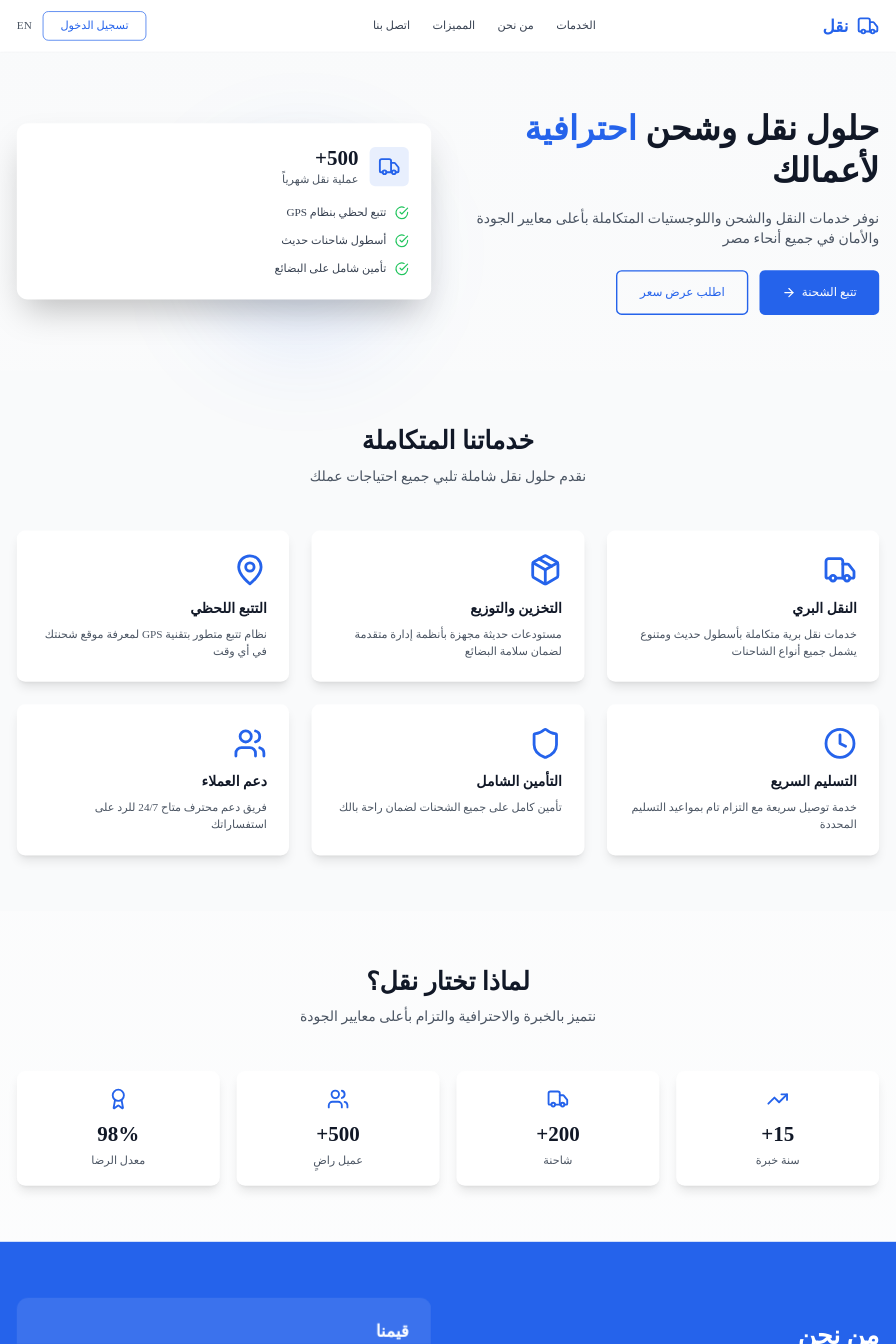
Repository: Jetixia-Updates/nakl-logistics
Page: / (app in apps/frontend/)
An editor plug-in stored every save of this project. The page is shown before and after the next save, followed by the edit.
The browser window is 1280 px wide. The pictures show the part of the page from y = 0 to 1920 px (the page is 3604 px tall before and 3603 px after), at 70% of full size.
The project was rebuilt for these pictures with package versions that can differ from the ones it lists, and the page was loaded fresh each time. The framework's server and built-in components were replaced by stand-ins that run in the browser. Also part of the build but not shown: apps/frontend/next.config.js.

Above is the page before, as saved 2025-11-08 22:22:06.

### apps/frontend/src/app/layout.tsx
import type { Metadata } from 'next';
import { Cairo, Inter } from 'next/font/google';
import '../styles/globals.css';
import { LanguageProvider } from '../contexts/LanguageContext';

const cairo = Cairo({
  subsets: ['arabic', 'latin'],
  variable: '--font-arabic',
  display: 'swap',
});

const inter = Inter({
  subsets: ['latin'],
  variable: '--font-inter',
  display: 'swap',
});

export const metadata: Metadata = {
  title: 'Nakl Logistics - شركة نقل للنقل والخدمات اللوجستية',
  description:
    'Professional logistics and transport services in Egypt - خدمات نقل وشحن احترافية في مصر',
  keywords: 'logistics, transport, shipping, Egypt, نقل, شحن, لوجستيات, مصر',
};

export default function RootLayout({ children }: { children: React.ReactNode }) {
  return (
    <html lang="ar" dir="rtl">
      <body className={`${cairo.variable} ${inter.variable}`}>
        <LanguageProvider>
          {children}
        </LanguageProvider>
      </body>
    </html>
  );
}

### apps/frontend/src/app/page.tsx
'use client';

import Link from 'next/link';
import {
  Truck,
  Package,
  MapPin,
  Clock,
  Shield,
  Users,
  TrendingUp,
  Award,
  Phone,
  Mail,
  MapPinned,
  ArrowRight,
  CheckCircle
} from 'lucide-react';
import { useLanguage } from '../contexts/LanguageContext';
import Header from '../components/Header';
import { useEffect } from 'react';

export default function Home() {
  const { language, t } = useLanguage();

  useEffect(() => {
    // Update document direction and language
    document.documentElement.lang = language;
    document.documentElement.dir = language === 'ar' ? 'rtl' : 'ltr';
  }, [language]);
  return (
    <div className="min-h-screen bg-gradient-to-b from-gray-50 to-white">
      {/* Header */}
      <header className="bg-white shadow-sm sticky top-0 z-50">
        <nav className="container mx-auto px-6 py-4">
          <div className="flex justify-between items-center">
            <div className="flex items-center gap-3">
              <Truck className="h-8 w-8 text-primary" />
              <span className="text-2xl font-bold text-primary">نقل</span>
            </div>

            <div className="hidden md:flex gap-8">
              <a href="#services" className="text-gray-700 hover:text-primary transition">الخدمات</a>
              <a href="#about" className="text-gray-700 hover:text-primary transition">من نحن</a>
              <a href="#features" className="text-gray-700 hover:text-primary transition">المميزات</a>
              <a href="#contact" className="text-gray-700 hover:text-primary transition">اتصل بنا</a>
            </div>

            <div className="flex gap-4">
              <Link
                href="/login"
                className="px-6 py-2 text-primary border border-primary rounded-lg hover:bg-primary hover:text-white transition"
              >
                تسجيل الدخول
              </Link>
              <button className="text-gray-600 hover:text-primary transition">
                EN
              </button>
            </div>
          </div>
        </nav>
      </header>

      {/* Hero Section */}
      <section className="container mx-auto px-6 py-20">
        <div className="grid md:grid-cols-2 gap-12 items-center">
          <div>
            <h1 className="text-5xl font-bold text-gray-900 mb-6 leading-tight">
              حلول نقل وشحن <span className="text-primary">احترافية</span> لأعمالك
            </h1>
            <p className="text-xl text-gray-600 mb-8">
              نوفر خدمات النقل والشحن واللوجستيات المتكاملة بأعلى معايير الجودة والأمان في جميع أنحاء مصر
            </p>
            <div className="flex gap-4">
              <Link
                href="/track"
                className="px-8 py-4 bg-primary text-white rounded-lg hover:bg-primary/90 transition flex items-center gap-2 text-lg font-medium"
              >
                تتبع الشحنة
                <ArrowRight className="h-5 w-5" />
              </Link>
              <a
                href="#contact"
                className="px-8 py-4 border-2 border-primary text-primary rounded-lg hover:bg-primary hover:text-white transition text-lg font-medium"
              >
                اطلب عرض سعر
              </a>
            </div>
          </div>

          <div className="relative">
            <div className="absolute top-10 right-10 w-72 h-72 bg-primary/10 rounded-full blur-3xl"></div>
            <div className="relative bg-white rounded-2xl shadow-2xl p-8">
              <div className="flex items-center gap-4 mb-6">
                <div className="p-3 bg-primary/10 rounded-lg">
                  <Truck className="h-8 w-8 text-primary" />
                </div>
                <div>
                  <div className="text-3xl font-bold text-gray-900">500+</div>
                  <div className="text-gray-600">عملية نقل شهرياً</div>
                </div>
              </div>
              <div className="space-y-4">
                <div className="flex items-center gap-3">
                  <CheckCircle className="h-5 w-5 text-green-500" />
                  <span className="text-gray-700">تتبع لحظي بنظام GPS</span>
                </div>
                <div className="flex items-center gap-3">
                  <CheckCircle className="h-5 w-5 text-green-500" />
                  <span className="text-gray-700">أسطول شاحنات حديث</span>
                </div>
                <div className="flex items-center gap-3">
                  <CheckCircle className="h-5 w-5 text-green-500" />
                  <span className="text-gray-700">تأمين شامل على البضائع</span>
                </div>
              </div>
            </div>
          </div>
        </div>
      </section>

      {/* Services Section */}
      <section id="services" className="bg-gray-50 py-20">
        <div className="container mx-auto px-6">
          <div className="text-center mb-16">
            <h2 className="text-4xl font-bold text-gray-900 mb-4">خدماتنا المتكاملة</h2>
            <p className="text-xl text-gray-600">نقدم حلول نقل شاملة تلبي جميع احتياجات عملك</p>
          </div>

          <div className="grid md:grid-cols-3 gap-8">
            <ServiceCard
              icon={<Truck className="h-12 w-12 text-primary" />}
              title="النقل البري"
              description="خدمات نقل برية متكاملة بأسطول حديث ومتنوع يشمل جميع أنواع الشاحنات"
            />
            <ServiceCard
              icon={<Package className="h-12 w-12 text-primary" />}
              title="التخزين والتوزيع"
              description="مستودعات حديثة مجهزة بأنظمة إدارة متقدمة لضمان سلامة البضائع"
            />
            <ServiceCard
              icon={<MapPin className="h-12 w-12 text-primary" />}
              title="التتبع اللحظي"
              description="نظام تتبع متطور بتقنية GPS لمعرفة موقع شحنتك في أي وقت"
            />
            <ServiceCard
              icon={<Clock className="h-12 w-12 text-primary" />}
              title="التسليم السريع"
              description="خدمة توصيل سريعة مع التزام تام بمواعيد التسليم المحددة"
            />
            <ServiceCard
              icon={<Shield className="h-12 w-12 text-primary" />}
              title="التأمين الشامل"
              description="تأمين كامل على جميع الشحنات لضمان راحة بالك"
            />
            <ServiceCard
              icon={<Users className="h-12 w-12 text-primary" />}
              title="دعم العملاء"
              description="فريق دعم محترف متاح 24/7 للرد على استفساراتك"
            />
          </div>
        </div>
      </section>

      {/* Features Section */}
      <section id="features" className="py-20">
        <div className="container mx-auto px-6">
          <div className="text-center mb-16">
            <h2 className="text-4xl font-bold text-gray-900 mb-4">لماذا تختار نقل؟</h2>
            <p className="text-xl text-gray-600">نتميز بالخبرة والاحترافية والتزام بأعلى معايير الجودة</p>
          </div>

          <div className="grid md:grid-cols-4 gap-6">
            <FeatureCard
              icon={<TrendingUp className="h-8 w-8 text-primary" />}
              number="15+"
              label="سنة خبرة"
            />
            <FeatureCard
              icon={<Truck className="h-8 w-8 text-primary" />}
              number="200+"
              label="شاحنة"
            />
            <FeatureCard
              icon={<Users className="h-8 w-8 text-primary" />}
              number="500+"
              label="عميل راضٍ"
            />
            <FeatureCard
              icon={<Award className="h-8 w-8 text-primary" />}
              number="98%"
              label="معدل الرضا"
            />
          </div>
        </div>
      </section>

      {/* About Section */}
      <section id="about" className="bg-primary text-white py-20">
        <div className="container mx-auto px-6">
          <div className="grid md:grid-cols-2 gap-12 items-center">
            <div>
              <h2 className="text-4xl font-bold mb-6">من نحن</h2>
              <p className="text-lg mb-4 opacity-90">
                شركة نقل هي إحدى الشركات الرائدة في مجال النقل والخدمات اللوجستية في مصر.
                نعمل منذ أكثر من 15 عاماً على تقديم حلول نقل متكاملة تلبي احتياجات مختلف القطاعات.
              </p>
              <p className="text-lg mb-4 opacity-90">
                نفخر بامتلاكنا أسطول حديث من الشاحنات ونظام إدارة متطور يضمن تتبع الشحنات
                لحظياً وتسليمها في الوقت المحدد بأعلى معايير الأمان.
              </p>
              <p className="text-lg opacity-90">
                رؤيتنا هي أن نكون الخيار الأول لخدمات النقل في مصر والشرق الأوسط،
                من خلال الابتكار المستمر والالتزام بأعلى معايير الجودة.
              </p>
            </div>

            <div className="bg-white/10 backdrop-blur-sm rounded-2xl p-8">
              <h3 className="text-2xl font-bold mb-6">قيمنا</h3>
              <div className="space-y-4">
                <ValueItem title="الاحترافية" description="نلتزم بأعلى معايير الاحترافية في كل ما نقوم به" />
                <ValueItem title="الأمانة" description="نحافظ على ثقة عملائنا من خلال الشفافية والنزاهة" />
                <ValueItem title="الجودة" description="نسعى دائماً لتقديم خدمات بأعلى مستوى من الجودة" />
                <ValueItem title="الابتكار" description="نستخدم أحدث التقنيات لتطوير خدماتنا" />
              </div>
            </div>
          </div>
        </div>
      </section>

      {/* Contact Section */}
      <section id="contact" className="py-20">
        <div className="container mx-auto px-6">
          <div className="text-center mb-16">
            <h2 className="text-4xl font-bold text-gray-900 mb-4">تواصل معنا</h2>
            <p className="text-xl text-gray-600">نحن هنا للإجابة على استفساراتك وخدمتك</p>
          </div>

          <div className="grid md:grid-cols-3 gap-8 mb-12">
            <ContactCard
              icon={<Phone className="h-8 w-8 text-primary" />}
              title="الهاتف"
              content="+20 2 1234 5678"
            />
            <ContactCard
              icon={<Mail className="h-8 w-8 text-primary" />}
              title="البريد الإلكتروني"
              content="info@nakl.com"
            />
            <ContactCard
              icon={<MapPinned className="h-8 w-8 text-primary" />}
              title="العنوان"
              content="القاهرة، مصر"
            />
          </div>

          <div className="max-w-2xl mx-auto bg-white rounded-2xl shadow-xl p-8">
            <form className="space-y-6">
              <div className="grid md:grid-cols-2 gap-6">
                <input
                  type="text"
                  placeholder="الاسم"
                  className="px-4 py-3 border border-gray-300 rounded-lg focus:outline-none focus:ring-2 focus:ring-primary"
                />
                <input
                  type="email"
                  placeholder="البريد الإلكتروني"
                  className="px-4 py-3 border border-gray-300 rounded-lg focus:outline-none focus:ring-2 focus:ring-primary"
                />
              </div>
              <input
                type="text"
                placeholder="الموضوع"
                className="w-full px-4 py-3 border border-gray-300 rounded-lg focus:outline-none focus:ring-2 focus:ring-primary"
              />
              <textarea
                rows={5}
                placeholder="رسالتك"
                className="w-full px-4 py-3 border border-gray-300 rounded-lg focus:outline-none focus:ring-2 focus:ring-primary"
              ></textarea>
              <button
                type="submit"
                className="w-full px-8 py-4 bg-primary text-white rounded-lg hover:bg-primary/90 transition font-medium text-lg"
              >
                إرسال الرسالة
              </button>
            </form>
          </div>
        </div>
      </section>

      {/* Footer */}
      <footer className="bg-gray-900 text-white py-12">
        <div className="container mx-auto px-6">
          <div className="grid md:grid-cols-4 gap-8 mb-8">
            <div>
              <div className="flex items-center gap-3 mb-4">
                <Truck className="h-8 w-8 text-primary" />
                <span className="text-2xl font-bold">نقل</span>
              </div>
              <p className="text-gray-400">
                حلول نقل وشحن احترافية لأعمالك
              </p>
            </div>

            <div>
              <h4 className="font-bold text-lg mb-4">خدماتنا</h4>
              <ul className="space-y-2 text-gray-400">
                <li><a href="#" className="hover:text-white transition">النقل البري</a></li>
                <li><a href="#" className="hover:text-white transition">التخزين</a></li>
                <li><a href="#" className="hover:text-white transition">التوزيع</a></li>
                <li><a href="#" className="hover:text-white transition">التتبع</a></li>
              </ul>
            </div>

            <div>
              <h4 className="font-bold text-lg mb-4">روابط سريعة</h4>
              <ul className="space-y-2 text-gray-400">
                <li><a href="#" className="hover:text-white transition">من نحن</a></li>
                <li><a href="#" className="hover:text-white transition">الخدمات</a></li>
                <li><a href="#" className="hover:text-white transition">المميزات</a></li>
                <li><a href="#" className="hover:text-white transition">اتصل بنا</a></li>
              </ul>
            </div>

            <div>
              <h4 className="font-bold text-lg mb-4">تابعنا</h4>
              <div className="flex gap-4">
                <a href="#" className="w-10 h-10 bg-gray-800 rounded-full flex items-center justify-center hover:bg-primary transition">
                  f
                </a>
                <a href="#" className="w-10 h-10 bg-gray-800 rounded-full flex items-center justify-center hover:bg-primary transition">
                  t
                </a>
                <a href="#" className="w-10 h-10 bg-gray-800 rounded-full flex items-center justify-center hover:bg-primary transition">
                  in
                </a>
              </div>
            </div>
          </div>

          <div className="border-t border-gray-800 pt-8 text-center text-gray-400">
            <p>© 2024 نقل. جميع الحقوق محفوظة.</p>
          </div>
        </div>
      </footer>
    </div>
  );
}

// Helper Components
function ServiceCard({ icon, title, description }: { icon: React.ReactNode; title: string; description: string }) {
  return (
    <div className="bg-white rounded-xl p-8 shadow-lg hover:shadow-xl transition">
      <div className="mb-4">{icon}</div>
      <h3 className="text-xl font-bold text-gray-900 mb-3">{title}</h3>
      <p className="text-gray-600">{description}</p>
    </div>
  );
}

function FeatureCard({ icon, number, label }: { icon: React.ReactNode; number: string; label: string }) {
  return (
    <div className="bg-white rounded-xl p-6 shadow-lg text-center">
      <div className="flex justify-center mb-4">{icon}</div>
      <div className="text-3xl font-bold text-gray-900 mb-2">{number}</div>
      <div className="text-gray-600">{label}</div>
    </div>
  );
}

function ValueItem({ title, description }: { title: string; description: string }) {
  return (
    <div className="flex gap-3">
      <CheckCircle className="h-6 w-6 flex-shrink-0 mt-0.5" />
      <div>
        <div className="font-semibold mb-1">{title}</div>
        <div className="text-sm opacity-80">{description}</div>
      </div>
    </div>
  );
}

function ContactCard({ icon, title, content }: { icon: React.ReactNode; title: string; content: string }) {
  return (
    <div className="bg-white rounded-xl p-6 shadow-lg text-center">
      <div className="flex justify-center mb-4">{icon}</div>
      <h3 className="font-bold text-lg text-gray-900 mb-2">{title}</h3>
      <p className="text-gray-600">{content}</p>
    </div>
  );
}

### apps/frontend/src/styles/globals.css
@tailwind base;
@tailwind components;
@tailwind utilities;

@layer base {
  :root {
    --background: 0 0% 100%;
    --foreground: 222.2 84% 4.9%;
    --card: 0 0% 100%;
    --card-foreground: 222.2 84% 4.9%;
    --popover: 0 0% 100%;
    --popover-foreground: 222.2 84% 4.9%;
    --primary: 221.2 83.2% 53.3%;
    --primary-foreground: 210 40% 98%;
    --secondary: 210 40% 96.1%;
    --secondary-foreground: 222.2 47.4% 11.2%;
    --muted: 210 40% 96.1%;
    --muted-foreground: 215.4 16.3% 46.9%;
    --accent: 210 40% 96.1%;
    --accent-foreground: 222.2 47.4% 11.2%;
    --destructive: 0 84.2% 60.2%;
    --destructive-foreground: 210 40% 98%;
    --border: 214.3 31.8% 91.4%;
    --input: 214.3 31.8% 91.4%;
    --ring: 221.2 83.2% 53.3%;
    --radius: 0.5rem;
  }

  .dark {
    --background: 222.2 84% 4.9%;
    --foreground: 210 40% 98%;
    --card: 222.2 84% 4.9%;
    --card-foreground: 210 40% 98%;
    --popover: 222.2 84% 4.9%;
    --popover-foreground: 210 40% 98%;
    --primary: 217.2 91.2% 59.8%;
    --primary-foreground: 222.2 47.4% 11.2%;
    --secondary: 217.2 32.6% 17.5%;
    --secondary-foreground: 210 40% 98%;
    --muted: 217.2 32.6% 17.5%;
    --muted-foreground: 215 20.2% 65.1%;
    --accent: 217.2 32.6% 17.5%;
    --accent-foreground: 210 40% 98%;
    --destructive: 0 62.8% 30.6%;
    --destructive-foreground: 210 40% 98%;
    --border: 217.2 32.6% 17.5%;
    --input: 217.2 32.6% 17.5%;
    --ring: 224.3 76.3% 48%;
  }
}

@layer base {
  * {
    @apply border-border;
  }
  body {
    @apply bg-background text-foreground;
  }

  [dir="rtl"] {
    font-family: var(--font-arabic), system-ui, sans-serif;
  }
}

/* Custom scrollbar */
@layer utilities {
  .scrollbar-thin::-webkit-scrollbar {
    width: 6px;
    height: 6px;
  }

  .scrollbar-thin::-webkit-scrollbar-track {
    @apply bg-gray-100;
  }

  .scrollbar-thin::-webkit-scrollbar-thumb {
    @apply bg-gray-400 rounded-full;
  }

  .scrollbar-thin::-webkit-scrollbar-thumb:hover {
    @apply bg-gray-500;
  }
}

### apps/frontend/src/components/Header.tsx
'use client';

import Link from 'next/link';
import { Truck } from 'lucide-react';
import { useLanguage } from '../contexts/LanguageContext';

export default function Header() {
  const { language, setLanguage, t } = useLanguage();

  const toggleLanguage = () => {
    setLanguage(language === 'ar' ? 'en' : 'ar');
  };

  return (
    <header className="bg-white shadow-sm sticky top-0 z-50">
      <nav className="container mx-auto px-6 py-4">
        <div className="flex justify-between items-center">
          <div className="flex items-center gap-3">
            <Truck className="h-8 w-8 text-primary" />
            <span className="text-2xl font-bold text-primary">
              {language === 'ar' ? 'نقل' : 'Nakl'}
            </span>
          </div>

          <div className="hidden md:flex gap-8">
            <a href="#services" className="text-gray-700 hover:text-primary transition">
              {t('nav.services')}
            </a>
            <a href="#about" className="text-gray-700 hover:text-primary transition">
              {t('nav.about')}
            </a>
            <a href="#features" className="text-gray-700 hover:text-primary transition">
              {t('nav.features')}
            </a>
            <a href="#contact" className="text-gray-700 hover:text-primary transition">
              {t('nav.contact')}
            </a>
          </div>

          <div className="flex gap-4">
            <Link
              href="/login"
              className="px-6 py-2 text-primary border border-primary rounded-lg hover:bg-primary hover:text-white transition"
            >
              {t('nav.login')}
            </Link>
            <button
              onClick={toggleLanguage}
              className="px-4 py-2 text-gray-600 hover:text-primary transition border border-gray-300 rounded-lg hover:border-primary font-medium"
            >
              {t('nav.language')}
            </button>
          </div>
        </div>
      </nav>
    </header>
  );
}

Loaded but not shown: apps/frontend/src/contexts/LanguageContext.tsx (232 lines, source omitted); apps/frontend/tailwind.config.ts (70 lines, source omitted)

After the next save:
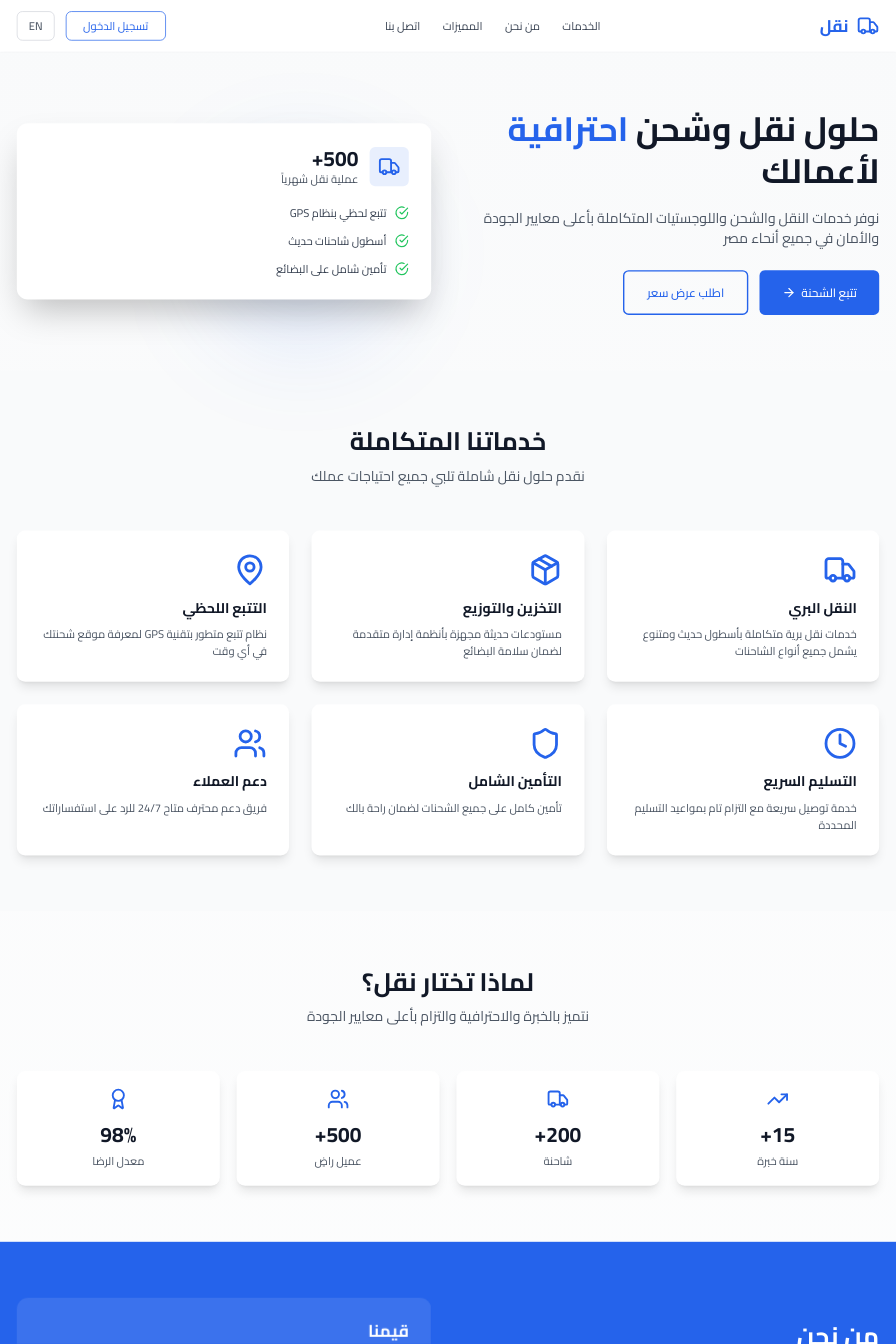
Saved 7 s later.
--- a/apps/frontend/src/app/page.tsx
+++ b/apps/frontend/src/app/page.tsx
@@ -29,37 +29,12 @@ export default function Home() {
     document.documentElement.dir = language === 'ar' ? 'rtl' : 'ltr';
   }, [language]);
   return (
-    <div className="min-h-screen bg-gradient-to-b from-gray-50 to-white">
+    <div
+      className="min-h-screen bg-gradient-to-b from-gray-50 to-white"
+      style={{ fontFamily: language === 'ar' ? 'var(--font-arabic)' : 'var(--font-inter)' }}
+    >
       {/* Header */}
-      <header className="bg-white shadow-sm sticky top-0 z-50">
-        <nav className="container mx-auto px-6 py-4">
-          <div className="flex justify-between items-center">
-            <div className="flex items-center gap-3">
-              <Truck className="h-8 w-8 text-primary" />
-              <span className="text-2xl font-bold text-primary">نقل</span>
-            </div>
-
-            <div className="hidden md:flex gap-8">
-              <a href="#services" className="text-gray-700 hover:text-primary transition">الخدمات</a>
-              <a href="#about" className="text-gray-700 hover:text-primary transition">من نحن</a>
-              <a href="#features" className="text-gray-700 hover:text-primary transition">المميزات</a>
-              <a href="#contact" className="text-gray-700 hover:text-primary transition">اتصل بنا</a>
-            </div>
-
-            <div className="flex gap-4">
-              <Link
-                href="/login"
-                className="px-6 py-2 text-primary border border-primary rounded-lg hover:bg-primary hover:text-white transition"
-              >
-                تسجيل الدخول
-              </Link>
-              <button className="text-gray-600 hover:text-primary transition">
-                EN
-              </button>
-            </div>
-          </div>
-        </nav>
-      </header>
+      <Header />
 
       {/* Hero Section */}
       <section className="container mx-auto px-6 py-20">
